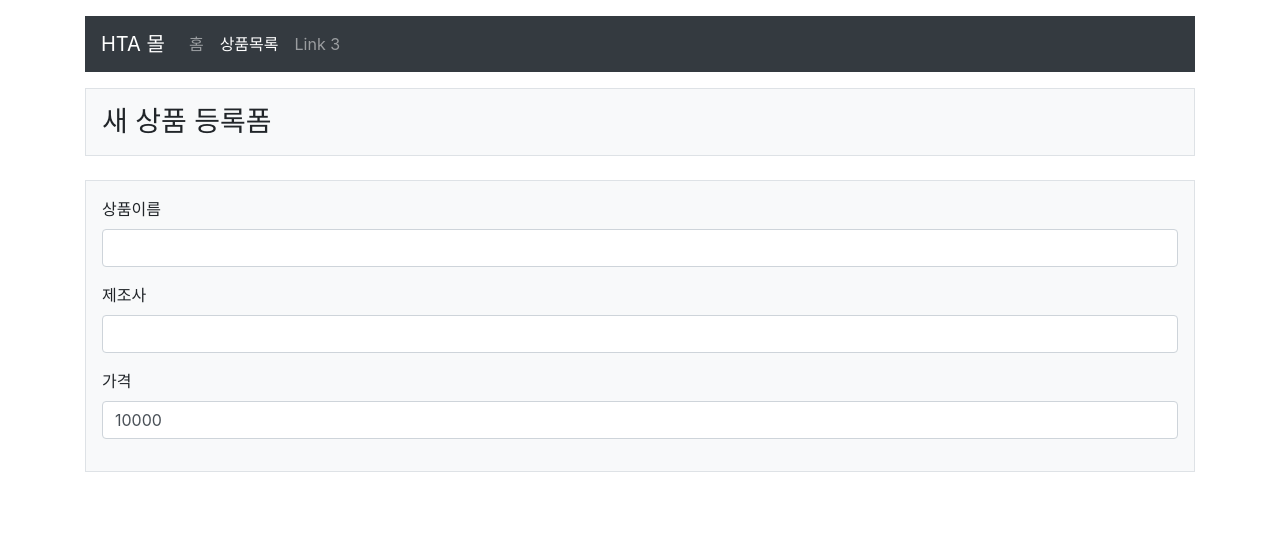
Repository: onuo77/HTA
Page: http://localhost/sample-mybatis/product/form.jsp
These files come from the project's save history. The page is drawn as it stood at one moment and after the next save; the edit follows.
The browser window is 1280 px wide. The pictures show the whole page.
The page is served by Tomcat 9.

Above is the page before, as saved 2021-05-26 05:33:10.

After the next save:
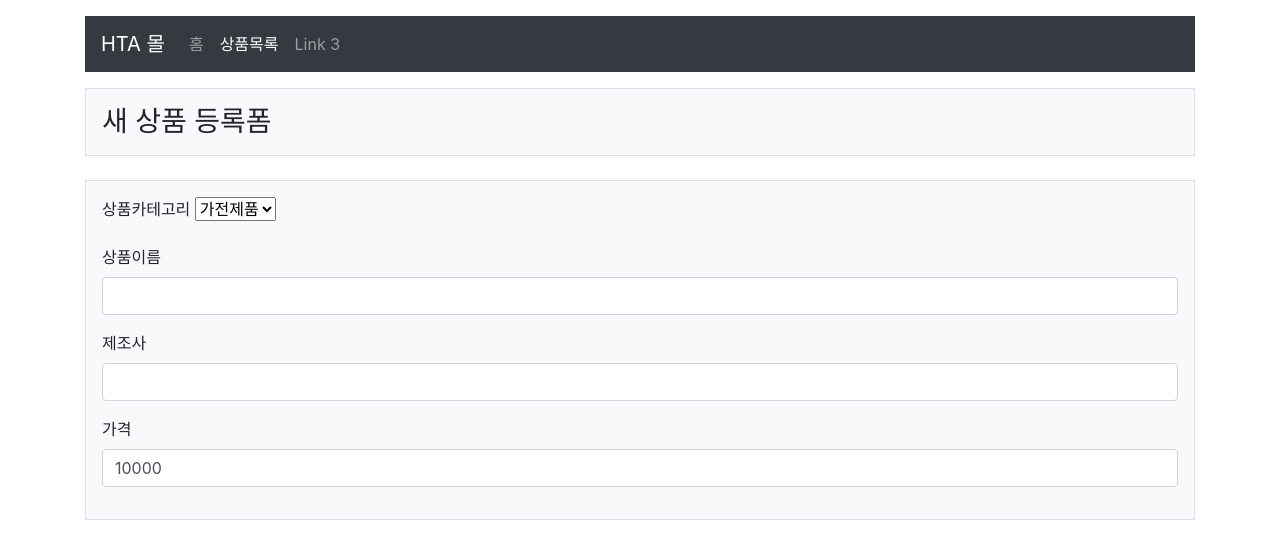
Saved 2 min 30 s later.
--- a/java-web/sample-mybatis/src/main/webapp/product/form.jsp
+++ b/java-web/sample-mybatis/src/main/webapp/product/form.jsp
@@ -28,6 +28,15 @@
 			<div class="col-12">
 				<form action="" class="border p-3 bg-light">
 					<div class="form-group">
+						<label>상품카테고리</label>
+						<select name="category">
+							<option value="">가전제품</option>
+							<option value=""></option>
+							<option value=""></option>
+							<option value=""></option>
+						</select>
+					</div>
+					<div class="form-group">
 						<label>상품이름</label>
 						<input type="text" class="form-control" name="name"/>
 					</div>
